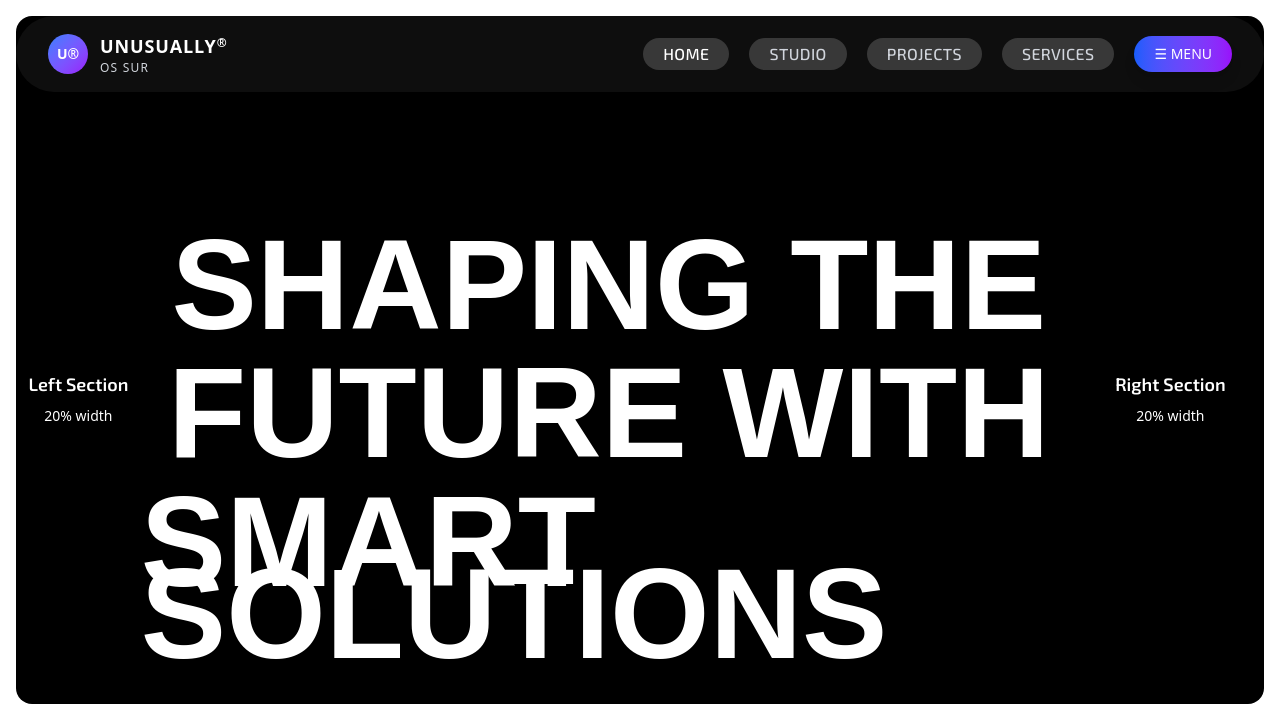
Repository: A-y-u-s-h-29/Digital-Express-India-With-Carrer-Page-And-RazorPay
Page: / (app in op/)
These files come from the project's save history. The page is drawn as it stood at one moment and after the next save; the edit follows.
The browser window is 1280 px wide. The pictures show the whole page.
Some web fonts or font styles are not loaded; a fallback is used. The project was rebuilt for these pictures with package versions that can differ from the ones it lists, and the page was loaded fresh each time. Also part of the build but not shown: op/vite.config.js.

Above is the page before, as saved 2025-12-04 15:05:08.

### op/index.html
<!doctype html>
<html lang="en">
  <head>
    <meta charset="UTF-8" />
    <link rel="icon" type="image/svg+xml" href="/vite.svg" />
    <meta name="viewport" content="width=device-width, initial-scale=1.0" />
    <link rel="preconnect" href="https://fonts.googleapis.com">
<link rel="preconnect" href="https://fonts.gstatic.com" crossorigin>
<link href="https://fonts.googleapis.com/css2?family=Alan+Sans:wght@300..900&family=Big+Shoulders:opsz,wght@10..72,100..900&family=Exo+2:ital,wght@0,100..900;1,100..900&family=Montserrat:ital,wght@0,100..900;1,100..900&family=Orbitron:wght@400..900&family=Poppins:ital,wght@0,100;0,200;0,300;0,400;0,500;0,600;0,700;0,800;0,900;1,100;1,200;1,300;1,400;1,500;1,600;1,700;1,800;1,900&family=Rajdhani:wght@300;400;500;600;700&display=swap" rel="stylesheet">
<link rel="preconnect" href="https://fonts.googleapis.com">
<link rel="preconnect" href="https://fonts.gstatic.com" crossorigin>
<link href="https://fonts.googleapis.com/css2?family=Alan+Sans:wght@300..900&family=Big+Shoulders:opsz,wght@10..72,100..900&family=Exo+2:ital,wght@0,100..900;1,100..900&family=Montserrat:ital,wght@0,100..900;1,100..900&family=Orbitron:wght@400..900&family=Poppins:ital,wght@0,100;0,200;0,300;0,400;0,500;0,600;0,700;0,800;0,900;1,100;1,200;1,300;1,400;1,500;1,600;1,700;1,800;1,900&family=Rajdhani:wght@300;400;500;600;700&display=swap" rel="stylesheet">
    <title>op</title>
  </head>
  <body>
    <div id="root"></div>
    <script type="module" src="/src/main.jsx"></script>
  </body>
</html>

### op/src/index.css
@import "tailwindcss";
*{
  box-sizing: border-box;
}
.big {
  font-family: "Big Shoulders", sans-serif;

  font-style: normal;
}
.exo {
  font-family: "Exo 2", sans-serif;

  font-style: normal;
}

### op/src/App.jsx
import React from 'react'
import Home from './components/Home'

function App() {
  return (
   <>
   <Home/>


   </>
  )
}

export default App

### op/src/components/Home.jsx
import React from "react";
import Navbar from "./Navbar";

function Home() {


  return (
    <div className="w-full max-h-screen lg:h-[120vh]  lg:py-4 lg:px-4 ">
      <div
        className="rounded-b-4xl lg:rounded-2xl w-full h-full  flex flex-col relative overflow-hidden bg-black"

      >


        {/* Transparent Navbar */}
        <div className="relative z-20">
          <Navbar />
        </div>

        {/* Three Column Layout */}
        <div className="flex flex-1 relative z-10 text-white ">
          {/* Left Column - 20% width */}
          <div className="w-[10%] flex items-center justify-center">
            <div className="text-white text-center">
              <p className="exo font-semibold text-lg">Left Section</p>
              <p className="text-sm mt-2">20% width</p>
            </div>
          </div>

          {/* Middle Column - 60% width */}
         <div className="w-[75%] flex flex-col justify-center items-center big">
  <div className=" w-full h-full flex flex-col">

    {/* Top Row - 40% height */}
    <div className="h-[40%] flex items-end justify-center pb-4 ">
      <h1 className="text-5xl md:text-9xl leading-tight md:leading-[4.5rem]  font-bold text-white drop-shadow-2xl">
       SHAPING THE
      </h1>
    </div>

    {/* Middle Row - 30% height */}
    <div className="h-[25%] flex items-center justify-center ">
       <h1 className="text-5xl md:text-9xl leading-tight lg:leading-[4.5rem]  font-bold text-white drop-shadow-2xl">
    FUTURE WITH
      </h1>
    </div>

    {/* Bottom Row - 30% height */}
    <div className="h-[35%] flex items-start justify-center pt-4">
      <h1 className="text-5xl md:text-9xl leading-tight lg:leading-[4.5rem]  font-bold text-white drop-shadow-2xl">
      SMART SOLUTIONS
      </h1>
    </div>

  </div>
</div>
          {/* Right Column - 20% width */}
          <div className="w-[15%] flex items-center justify-center ">
            <div className="text-white text-center">
              <p className="exo font-semibold text-lg">Right Section</p>
              <p className="text-sm mt-2">20% width</p>
            </div>
          </div>
        </div>


      </div>
    </div>
  );
}

export default Home;

### op/src/components/Navbar.jsx
import React, { useState, useRef, useEffect } from 'react';
import { gsap } from 'gsap';

function Navbar({ isHomePage = false }) {
  const [isMenuOpen, setIsMenuOpen] = useState(false);
  const menuOverlayRef = useRef(null);
  const mobileMenuRef = useRef(null);

  // Menu items data for the menu overlay
  const menuOverlayItems = [
    { title: 'HOME', number: '01' },
    { title: 'ABOUT', number: '02' },
    { title: 'PROJECTS', number: '03' },
    { title: 'SERVICES', number: '04' },

  ];

  // Menu items for navbar links
  const navMenuItems = [
    { title: 'HOME', color: 'from-blue-500 to-cyan-400' },
    { title: 'STUDIO', color: 'from-purple-500 to-pink-500' },
    { title: 'PROJECTS', color: 'from-green-500 to-emerald-400' },
    { title: 'SERVICES', color: 'from-yellow-500 to-orange-500' },
    { title: 'ABOUT', color: 'from-red-500 to-rose-400' },
    { title: 'CONTACT', color: 'from-indigo-500 to-blue-400' },
  ];

  // Initialize menu as hidden
  useEffect(() => {
    if (menuOverlayRef.current) {
      menuOverlayRef.current.style.display = 'none';
    }
  }, []);

  const handleMenuClick = () => {
    const wasOpen = isMenuOpen;
    setIsMenuOpen(!wasOpen);

    if (!wasOpen) {
      // OPEN MENU ANIMATION - bottom-right से slide in
      if (menuOverlayRef.current) {
        menuOverlayRef.current.style.display = 'flex';

        // Get the menu container
        const menuContainer = menuOverlayRef.current.querySelector('.relative');

        if (menuContainer) {
          // Initial position - off screen bottom-right
          gsap.set(menuContainer, {
            x: '100%',
            y: '100%',
            opacity: 0,
            scale: 0.9,
            transformOrigin: 'bottom right'
          });

          // Animate to position
          gsap.to(menuContainer, {
            x: 0,
            y: 0,
            opacity: 1,
            scale: 1,
            duration: 0.8,
            ease: 'expo.out'
          });

          // Background fade in
          gsap.fromTo(menuOverlayRef.current,
            { opacity: 0 },
            { opacity: 1, duration: 0.4 }
          );

          // Menu items animation (from bottom)
          const menuItems = menuContainer.querySelectorAll('.menu-item');
          gsap.fromTo(menuItems,
            {
              opacity: 0,
              y: 40
            },
            {
              opacity: 1,
              y: 0,
              duration: 0.6,
              stagger: 0.1,
              delay: 0.3,
              ease: 'power3.out'
            }
          );

          // Close button animation
          const closeBtn = menuContainer.querySelector('.close-btn');
          if (closeBtn) {
            gsap.fromTo(closeBtn,
              { opacity: 0, rotation: -45 },
              { opacity: 1, rotation: 0, duration: 0.5, delay: 0.8 }
            );
          }
        }
      }

      // Mobile menu animation
      if (mobileMenuRef.current) {
        gsap.fromTo(
          mobileMenuRef.current,
          { height: 0, opacity: 0 },
          { height: 'auto', opacity: 1, duration: 0.4 }
        );
      }
    } else {
      // CLOSE MENU ANIMATION - bottom-right को slide out
      if (menuOverlayRef.current) {
        const menuContainer = menuOverlayRef.current.querySelector('.relative');

        if (menuContainer) {
          // Menu items exit
          const menuItems = menuContainer.querySelectorAll('.menu-item');
          gsap.to(menuItems,
            {
              opacity: 0,
              y: 20,
              duration: 0.3,
              stagger: 0.05,
              ease: 'power2.in'
            }
          );

          // Close button exit
          const closeBtn = menuContainer.querySelector('.close-btn');
          if (closeBtn) {
            gsap.to(closeBtn, {
              opacity: 0,
              rotation: 45,
              duration: 0.3
            });
          }

          // Menu container slide out to bottom-right
          gsap.to(menuContainer, {
            x: '100%',
            y: '100%',
            opacity: 0,
            scale: 0.9,
            duration: 0.6,
            ease: 'expo.in',
            onComplete: () => {
              if (menuOverlayRef.current) {
                menuOverlayRef.current.style.display = 'none';
              }
            }
          });

          // Background fade out
          gsap.to(menuOverlayRef.current, {
            opacity: 0,
            duration: 0.4
          });
        }
      }

      // Mobile menu exit animation
      if (mobileMenuRef.current) {
        gsap.to(mobileMenuRef.current, {
          height: 0,
          opacity: 0,
          duration: 0.3
        });
      }
    }
  };

  return (
    <>
      {/* Main Navbar */}
      <nav
        className={`w-full px-6 py-4 lg:px-8 lg:py-4 ${isHomePage ? 'bg-transparent' : 'bg-[#0E0E0E]'} rounded-full relative z-50`}
      >
        <div className="flex items-center justify-between">
          {/* Logo/Brand Section */}
          <div className="flex items-center">
            <div className="w-10 h-10 rounded-full bg-gradient-to-br from-blue-500 to-purple-600 flex items-center justify-center mr-3">
              <span className="text-white font-bold text-sm">U®</span>
            </div>
            <div className="flex flex-col">
              <span className="text-white font-bold text-lg tracking-wider">UNUSUALLY<sup className="text-xs">®</sup></span>
              <span className="text-gray-300 text-xs tracking-widest">OS SUR</span>
            </div>
          </div>

          <div className='flex items-center gap-5'>
            {/* Desktop Navigation Links */}
            <div className="hidden md:flex items-center space-x-5 exo text-md">
              {navMenuItems.slice(0, 4).map((item, index) => (
                <a
                  key={index}
                  href="#"
                  className={`text-gray-300 font-medium tracking-wide hover:text-white transition-colors duration-300 bg-[#383838] px-5 py-1 rounded-full ${item.title === 'HOME' ? 'text-white' : ''}`}
                >
                  {item.title}
                </a>
              ))}
            </div>

            {/* Menu Button */}
            <button
              onClick={handleMenuClick}
              className="px-5 py-2 bg-gradient-to-r from-blue-600 to-purple-600 text-white text-sm font-medium rounded-full hover:from-blue-700 hover:to-purple-700 transition-all duration-300 shadow-lg hover:shadow-xl relative z-50"
            >
              {isMenuOpen ? '✕ CLOSE' : '☰ MENU'}
            </button>

            {/* Mobile Menu Button (Hamburger) */}
            <button
              onClick={handleMenuClick}
              className="ml-4 md:hidden relative z-50"
            >
              <div className={`w-6 h-0.5 bg-white mb-1.5 transition-all duration-300 ${isMenuOpen ? 'rotate-45 translate-y-2' : ''}`}></div>
              <div className={`w-6 h-0.5 bg-white mb-1.5 transition-all duration-300 ${isMenuOpen ? 'opacity-0' : ''}`}></div>
              <div className={`w-6 h-0.5 bg-white transition-all duration-300 ${isMenuOpen ? '-rotate-45 -translate-y-2' : ''}`}></div>
            </button>
          </div>
        </div>

        {/* Mobile Menu Dropdown */}
        <div
          ref={mobileMenuRef}
          className="md:hidden mt-4 pt-4 border-t border-gray-800 overflow-hidden"
          style={{ height: '0px' }}
        >
          <div className="flex flex-col space-y-4">
            {navMenuItems.map((item, index) => (
              <a
                key={index}
                href="#"
                className={`text-gray-300 font-medium py-2 hover:text-white transition-colors ${item.title === 'HOME' ? 'text-white' : ''}`}
              >
                {item.title}
              </a>
            ))}
          </div>
        </div>
      </nav>

      {/* Fullscreen Menu Overlay */}
      <div
        ref={menuOverlayRef}
        className="fixed inset-0  z-40 hidden items-end justify-end px-4 rounded-2xl "
      >
        {/* Menu Container - Image के according simple design */}
        <div
          className="relative h-[70vh] w-[45vw] bg-white  rounded-4xl overflow-hidden shadow-2xl transform-gpu "
          style={{
            transformOrigin: 'bottom right'
          }}
        >
          {/* Simple Header with Brand */}
          <div className="absolute top-8 left-8">
            <div className="flex items-center space-x-3">

              <div>

              </div>
            </div>
          </div>



          {/* Main Content Area - Center aligned like image */}
          <div className="h-full flex flex-col justify-center items-center px-12 ">
            {/* Menu Items - Single Column, Large text like image */}
            <div className="w-full  space-y-2">
              {menuOverlayItems.map((item, index) => (
                <a
                  key={index}
                  href="#"
                  className="menu-item group relative block w-full"
                >
                  <div className="flex items-center justify-between">
                    {/* Title - Left side */}
                    <div className="relative overflow-hidden p-0.5">
                      <h3 className="text-black font-extrabold text-5xl lg:text-7xl  exo tracking-tight opacity-90 group-hover:opacity-100 transition-all duration-500">
                        {item.title}
                      </h3>
                      {/* Underline animation */}

                    </div>

                    {/* Number in parentheses - Right side */}
                    <div className="text-gray-500 text-3xl lg:text-4xl font-light group-hover:text-white transition-colors duration-500">
                      ({item.number})
                    </div>
                  </div>
                </a>
              ))}
            </div>


          </div>


        </div>
      </div>
    </>
  );
}

export default Navbar;

Loaded but not shown: op/src/main.jsx (common file)

After the next save:
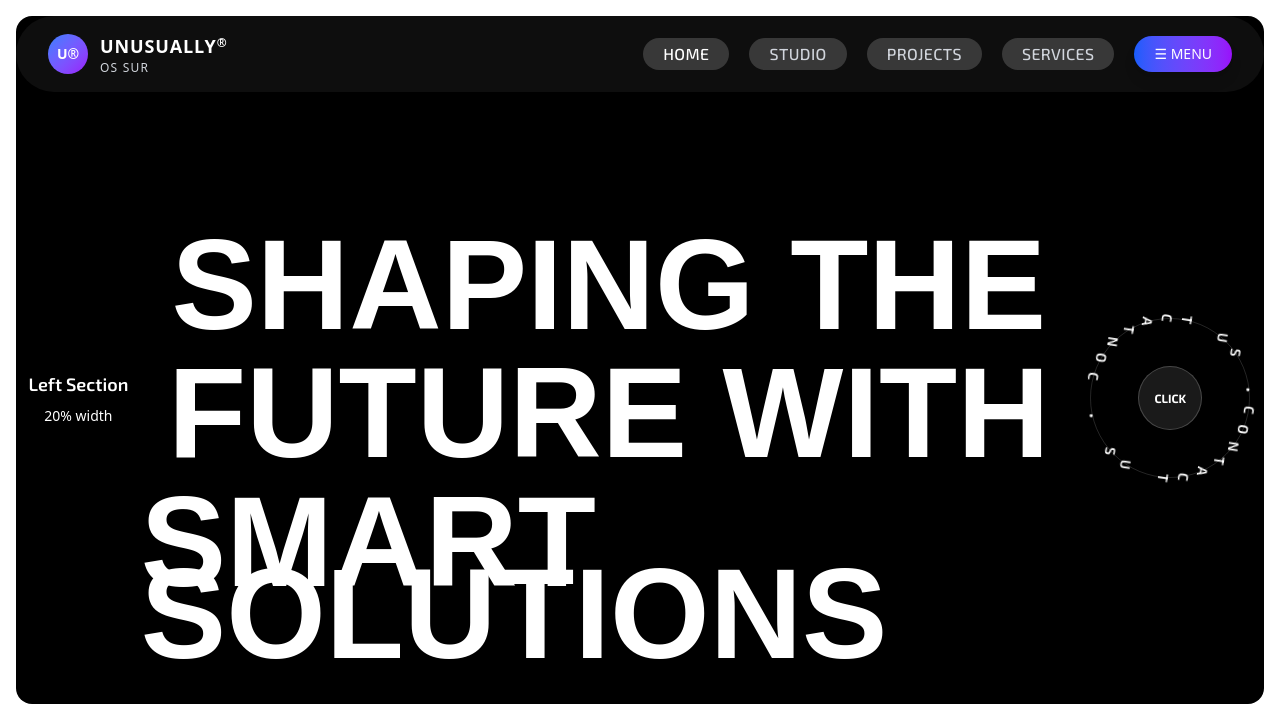
Saved 2 min 10 s later.
--- a/op/src/components/Home.jsx
+++ b/op/src/components/Home.jsx
@@ -1,24 +1,62 @@
-import React from "react";
+import React, { useRef, useEffect } from "react";
 import Navbar from "./Navbar";
+import { gsap } from "gsap";
 
 function Home() {
+  const circularTextRef = useRef(null);
 
+  useEffect(() => {
+    if (!circularTextRef.current) return;
+
+    const text = circularTextRef.current;
+    const originalText = text.textContent || "CONTACT US • CONTACT US • ";
+    text.textContent = "";
+
+    // Create individual letter spans
+    for (let i = 0; i < originalText.length; i++) {
+      const span = document.createElement("span");
+      span.textContent = originalText[i];
+      span.style.position = "absolute";
+      span.style.transformOrigin = "center";
+      span.style.left = "50%";
+      span.style.top = "50%";
+
+      // Calculate angle for each character
+      const angle = (i * 360) / originalText.length;
+      span.style.transform = `
+        translate(-50%, -50%)
+        rotate(${angle}deg)
+        translateY(-80px)
+        rotate(${-angle}deg)
+      `;
+
+      span.style.transformOrigin = "0 80px";
+      text.appendChild(span);
+    }
+
+    // GSAP animation
+    gsap.to(text, {
+      rotation: 360,
+      duration: 20,
+      ease: "none",
+      repeat: -1
+    });
+
+    return () => {
+      gsap.killTweensOf(text);
+    };
+  }, []);
 
   return (
-    <div className="w-full max-h-screen lg:h-[120vh]  lg:py-4 lg:px-4 ">
-      <div
-        className="rounded-b-4xl lg:rounded-2xl w-full h-full  flex flex-col relative overflow-hidden bg-black"
-
-      >
-
-
+    <div className="w-full max-h-screen lg:h-[120vh] lg:py-4 lg:px-4">
+      <div className="rounded-b-4xl lg:rounded-2xl w-full h-full flex flex-col relative overflow-hidden bg-black">
         {/* Transparent Navbar */}
         <div className="relative z-20">
           <Navbar />
         </div>
 
         {/* Three Column Layout */}
-        <div className="flex flex-1 relative z-10 text-white ">
+        <div className="flex flex-1 relative z-10 text-white">
           {/* Left Column - 20% width */}
           <div className="w-[10%] flex items-center justify-center">
             <div className="text-white text-center">
@@ -28,42 +66,61 @@ function Home() {
           </div>
 
           {/* Middle Column - 60% width */}
-         <div className="w-[75%] flex flex-col justify-center items-center big">
-  <div className=" w-full h-full flex flex-col">
+          <div className="w-[75%] flex flex-col justify-center items-center big">
+            <div className="w-full h-full flex flex-col">
+              {/* Top Row - 40% height */}
+              <div className="h-[40%] flex items-end justify-center pb-4">
+                <h1 className="text-5xl md:text-9xl leading-tight md:leading-[4.5rem] font-bold text-white drop-shadow-2xl">
+                  SHAPING THE
+                </h1>
+              </div>
 
-    {/* Top Row - 40% height */}
-    <div className="h-[40%] flex items-end justify-center pb-4 ">
-      <h1 className="text-5xl md:text-9xl leading-tight md:leading-[4.5rem]  font-bold text-white drop-shadow-2xl">
-       SHAPING THE
-      </h1>
-    </div>
+              {/* Middle Row - 30% height */}
+              <div className="h-[25%] flex items-center justify-center">
+                <h1 className="text-5xl md:text-9xl leading-tight lg:leading-[4.5rem] font-bold text-white drop-shadow-2xl">
+                  FUTURE WITH
+                </h1>
+              </div>
 
-    {/* Middle Row - 30% height */}
-    <div className="h-[25%] flex items-center justify-center ">
-       <h1 className="text-5xl md:text-9xl leading-tight lg:leading-[4.5rem]  font-bold text-white drop-shadow-2xl">
-    FUTURE WITH
-      </h1>
-    </div>
+              {/* Bottom Row - 30% height */}
+              <div className="h-[35%] flex items-start justify-center pt-4">
+                <h1 className="text-5xl md:text-9xl leading-tight lg:leading-[4.5rem] font-bold text-white drop-shadow-2xl">
+                  SMART SOLUTIONS
+                </h1>
+              </div>
+            </div>
+          </div>
 
-    {/* Bottom Row - 30% height */}
-    <div className="h-[35%] flex items-start justify-center pt-4">
-      <h1 className="text-5xl md:text-9xl leading-tight lg:leading-[4.5rem]  font-bold text-white drop-shadow-2xl">
-      SMART SOLUTIONS
-      </h1>
-    </div>
+          {/* Right Column - Circular Text */}
+          <div className="w-[15%] flex items-center justify-center relative">
+            <div className="relative w-40 h-40 flex items-center justify-center">
+              {/* Circular Text Container */}
+              <div className="relative w-32 h-32">
+                <div
+                  ref={circularTextRef}
+                  className="absolute inset-0 text-white text-sm font-semibold exo"
+                  style={{
+                    width: "100%",
+                    height: "100%",
+                    borderRadius: "50%"
+                  }}
+                >
+                  CONTACT US • CONTACT US •
+                </div>
 
-  </div>
-</div>
-          {/* Right Column - 20% width */}
-          <div className="w-[15%] flex items-center justify-center ">
-            <div className="text-white text-center">
-              <p className="exo font-semibold text-lg">Right Section</p>
-              <p className="text-sm mt-2">20% width</p>
+                {/* Center Dot or Text */}
+                <div className="absolute inset-0 flex items-center justify-center">
+                  <div className="w-16 h-16 rounded-full bg-white/10 flex items-center justify-center backdrop-blur-sm border border-white/20">
+                    <span className="text-white text-xs font-bold exo">CLICK</span>
+                  </div>
+                </div>
+              </div>
+
+              {/* Optional: Additional decorative elements */}
+              <div className="absolute inset-0 border border-white/20 rounded-full animate-pulse"></div>
             </div>
           </div>
         </div>
-
-
       </div>
     </div>
   );
